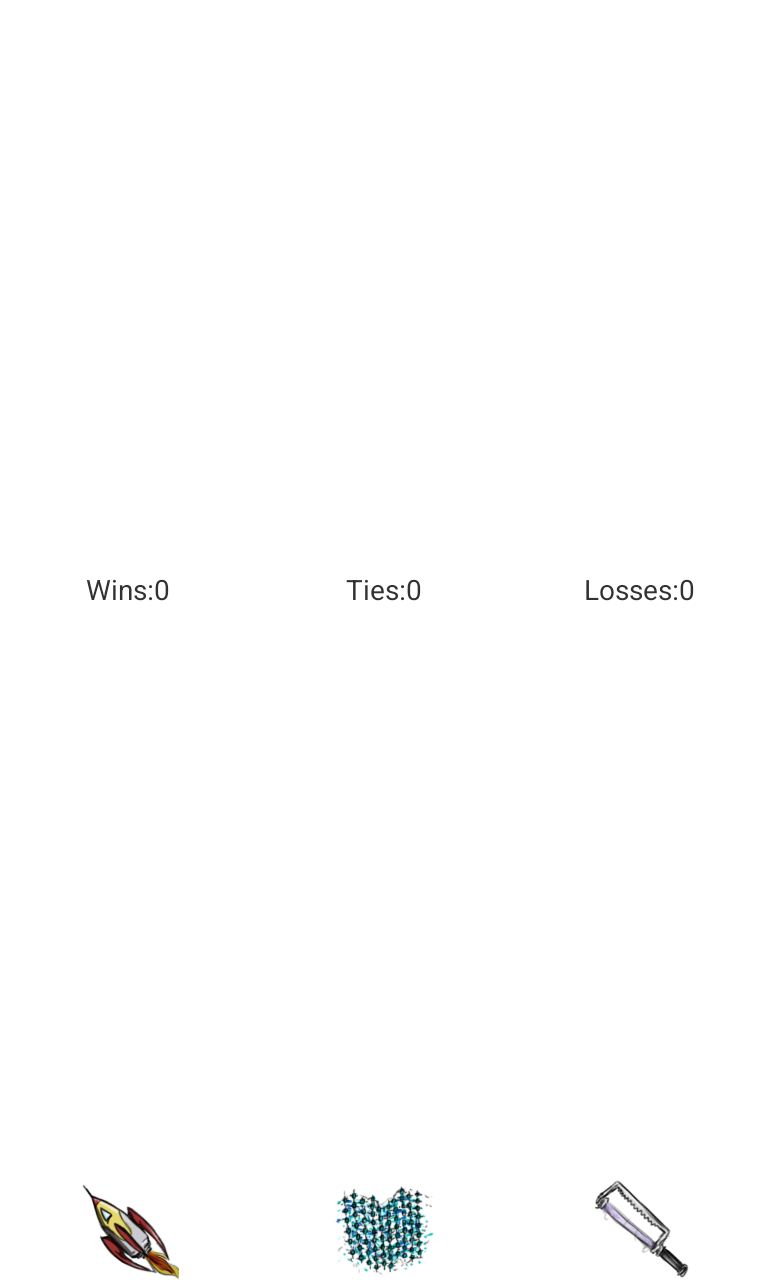
Repository: BU-HuangJ/angrybots_android_app
Layout: workspace/AngryBots/res/layout/activity_mini_game3.xml
The author's editor kept a copy of each file at every save. The layout is drawn from the files as they stood at one save, then again after the next save.
It is drawn on a 768 x 1280 px phone screen (xhdpi) without system bars, with theme AppTheme; the app's code is not run.

Above is the layout before, as saved 2013-04-29 17:59:13.

### workspace/AngryBots/res/layout/activity_mini_game3.xml
<LinearLayout xmlns:android="http://schemas.android.com/apk/res/android"
    xmlns:tools="http://schemas.android.com/tools"
    android:layout_width="match_parent"
    android:layout_height="match_parent"
    android:orientation="vertical"
    tools:context=".MiniGame3" >

    <TextView
	    android:id="@+id/p2_choice"
	    android:layout_width="fill_parent"
	    android:layout_height="0dp"
	    android:layout_weight="1"
		android:gravity="center"
	    android:text="" />

    <LinearLayout
        android:id="@+id/RPC_results"
	    android:layout_width="fill_parent"
	    android:layout_height="wrap_content"
	    android:baselineAligned="false"
	    android:orientation="horizontal" >

	    <LinearLayout
		    android:layout_width="0dp"
		    android:layout_height="wrap_content"
	    	android:layout_weight="1"
			android:gravity="center"
		    android:orientation="horizontal" >

		    <TextView
			    android:layout_width="wrap_content"
			    android:layout_height="wrap_content"
			    android:text="@string/rpc_wins" />

		    <TextView
	        	android:id="@+id/RPC_wins"
			    android:layout_width="wrap_content"
			    android:layout_height="wrap_content"
			    android:text="@string/zero" />

	    </LinearLayout>

	    <LinearLayout
		    android:layout_width="0dp"
		    android:layout_height="wrap_content"
	    	android:layout_weight="1"
			android:gravity="center"
		    android:orientation="horizontal" >

		    <TextView
			    android:layout_width="wrap_content"
			    android:layout_height="wrap_content"
			    android:text="@string/rpc_ties" />

		    <TextView
	        	android:id="@+id/RPC_ties"
			    android:layout_width="wrap_content"
			    android:layout_height="wrap_content"
			    android:text="@string/zero" />

	    </LinearLayout>

	    <LinearLayout
		    android:layout_width="0dp"
		    android:layout_height="wrap_content"
	    	android:layout_weight="1"
			android:gravity="center"
		    android:orientation="horizontal" >

		    <TextView
			    android:layout_width="wrap_content"
			    android:layout_height="wrap_content"
			    android:text="@string/rpc_losses" />

		    <TextView
	        	android:id="@+id/RPC_losses"
			    android:layout_width="wrap_content"
			    android:layout_height="wrap_content"
			    android:text="@string/zero" />

	    </LinearLayout>

    </LinearLayout>

    <TextView
	    android:id="@+id/p1_choice"
	    android:layout_width="fill_parent"
	    android:layout_height="0dp"
	    android:layout_weight="1"
		android:gravity="center"
	    android:text="" />

    <LinearLayout
        android:id="@+id/RPC_bot"
	    android:layout_width="fill_parent"
	    android:layout_height="wrap_content"
	    android:orientation="horizontal" >

        <ImageButton
	        android:id="@+id/bot_rock"
	        android:layout_width="0dp"
	        android:layout_height="wrap_content"
	        android:layout_weight="1"
	        android:onClick="chooseRock"
	        android:background="@android:color/transparent"
	        android:src="@drawable/rpc_rock_rocket" />

        <ImageButton
	        android:id="@+id/bot_paper"
	        android:layout_width="0dp"
	        android:layout_height="wrap_content"
	        android:layout_weight="1"
	        android:onClick="choosePaper"
	        android:background="@android:color/transparent"
	        android:src="@drawable/rpc_paper_nano_net" />

        <ImageButton
	        android:id="@+id/bot_scissors"
	        android:layout_width="0dp"
	        android:layout_height="wrap_content"
	        android:layout_weight="1"
	        android:onClick="chooseScissors"
	        android:background="@android:color/transparent"
	        android:src="@drawable/rpc_scissors_laser_cutter" />

    </LinearLayout>

    <Button
        android:id="@+id/find_opponent_button"
        android:layout_width="fill_parent"
        android:layout_height="wrap_content"
        android:onClick="find_opponent"
        android:visibility="gone"
        android:text="@string/find_opponent" />

</LinearLayout>

### workspace/AngryBots/res/values/strings.xml
<?xml version="1.0" encoding="utf-8"?>
<resources>

    <string name="title_activity_human_home_page">HumanHomePage</string>
    <string name="login_screen_image">Login Screen Image</string>
    <string name="title_activity_main_menu">MainMenuActivity</string>
    <string name="app_name">angrybotsapp</string>
    <string name="hello_world">Hello world!</string>
    <string name="menu_settings">Settings</string>
    <string name="AngryBots_Profile">Angry Bots Profile</string>
    <string name="Leaderboard">Leaderboard</string>
    <string name="Achievements">Achievements</string>
    <string name="edit_message">Enter a message</string>
    <string name="button_send">Send</string>
    <string name="title_activity_angrybots_profile">AngrybotsProfile</string>
    <string name="title_activity_leaderboard">Leaderboard</string>
    <string name="title_activity_Achievements">Achievements</string>
    <string name="title_activity_achievements">Achievements</string>
    <string name="lerpzprofile">LerpzProfile</string>
    <string name="title_activity_options">Server</string>
    <string name="title_activity_edit">Map</string>
    <string name="title_activity_tab_sample">Settings</string>
    <string name="title_activity_mini_game">MiniGame</string>
    <string name="title_activity_add_point">AddPoint</string>
    <string name="title_activity_mappoint1">Mappoint1</string>
    <string name="title_activity_mappoint2">Mappoint2</string>
    <string name="title_activity_mappoint3">Mappoint3</string>
    <string name="title_activity_mappoint4">Mappoint4</string>
    <string name="title_activity_mappoint5">Mappoint5</string>
    <string name="title_activity_mappoint6">Mappoint6</string>
    <string name="title_activity_minigame_portal">MinigamePortal</string>
    <string name="title_activity_mini_game2">MiniGame2</string>
    <string name="app_title">Find The Imposter by Dylan Taylor</string>
    <string name="win_title">Congratulations!</string>
    <string name="win_message">You found the imposter!</string>
    <string name="ok">OK</string>
    <string name="lose_title">You Lose!</string>
    <string name="title_activity_human_wiki">HumanWiki</string>
    <string name="title_activity_mini_game3">MiniGame3</string>
    <string name="find_opponent">Search for an Opponent</string>
    <string name="rock">rock</string>
    <string name="paper">paper</string>
    <string name="scissors">scissors</string>
    <string name="rpc_wins">Wins: </string>
    <string name="rpc_ties">Ties: </string>
    <string name="rpc_losses">Losses: </string>
    <string name="zero">0</string>
    <string name="title_activity_robot_home_page">RobotHomePage</string>
    <string name="title_activity_robot_competition">RobotCompetition</string>
    <string name="title_activity_robot_leaderboard">RobotLeaderboard</string>
    <string name="action_settings">Settings</string>
    <string name="title_activity_robot_map">RobotMap</string>
    <string name="title_activity_robot_minigames">RobotMinigames</string>
    <string name="title_activity_robot_profile">RobotProfile</string>
    <string name="title_activity_robot_settings">RobotSettings</string>
    <string name="title_activity_robot_wiki">RobotWiki</string>

</resources>

Loaded but not shown: workspace/AngryBots/res/values/styles.xml (common file); workspace/AngryBots/res/values-v11/styles.xml (common file); workspace/AngryBots/res/values-v14/styles.xml (common file)

After the next save:
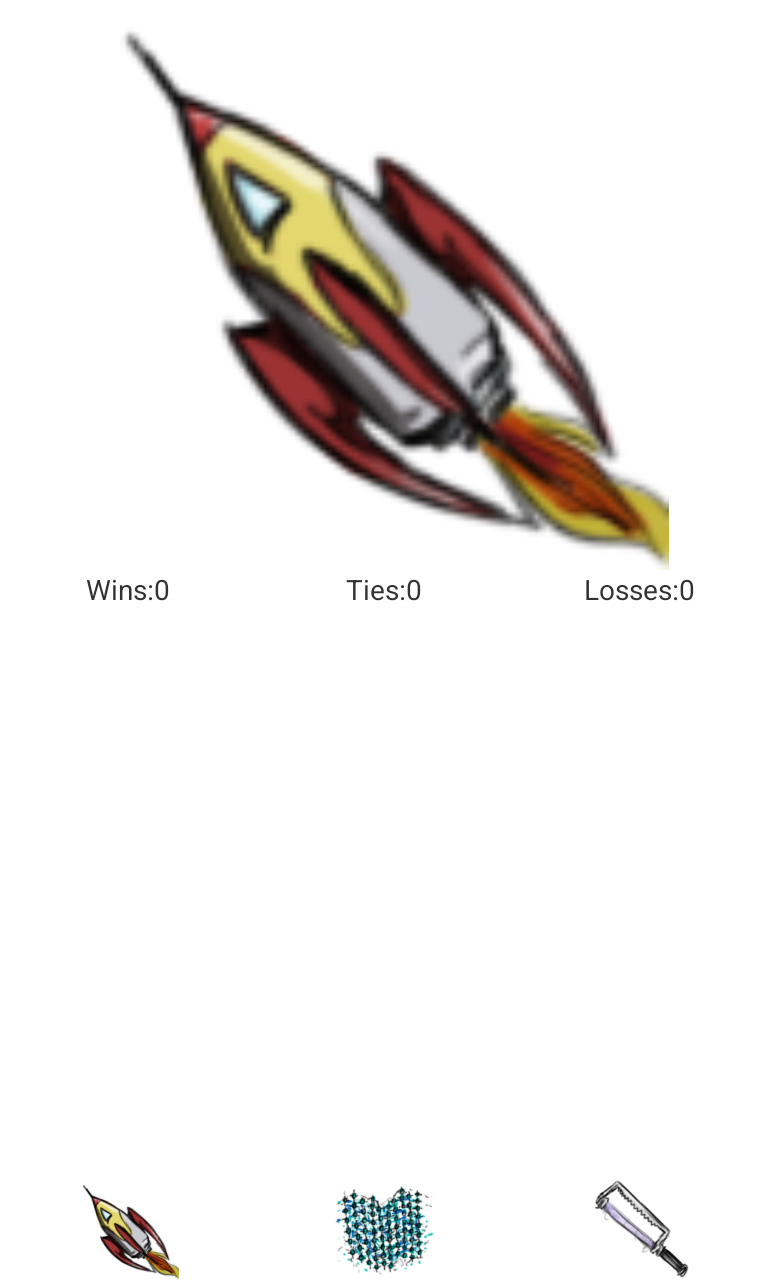
Saved 3 min 10 s later.
--- a/workspace/AngryBots/res/layout/activity_mini_game3.xml
+++ b/workspace/AngryBots/res/layout/activity_mini_game3.xml
@@ -5,13 +5,13 @@
     android:orientation="vertical"
     tools:context=".MiniGame3" >
 
-    <TextView
+    <ImageView
 	    android:id="@+id/p2_choice"
 	    android:layout_width="fill_parent"
 	    android:layout_height="0dp"
 	    android:layout_weight="1"
 		android:gravity="center"
-	    android:text="" />
+	    android:src="@drawable/rpc_rock_rocket" />
 
     <LinearLayout
         android:id="@+id/RPC_results"
